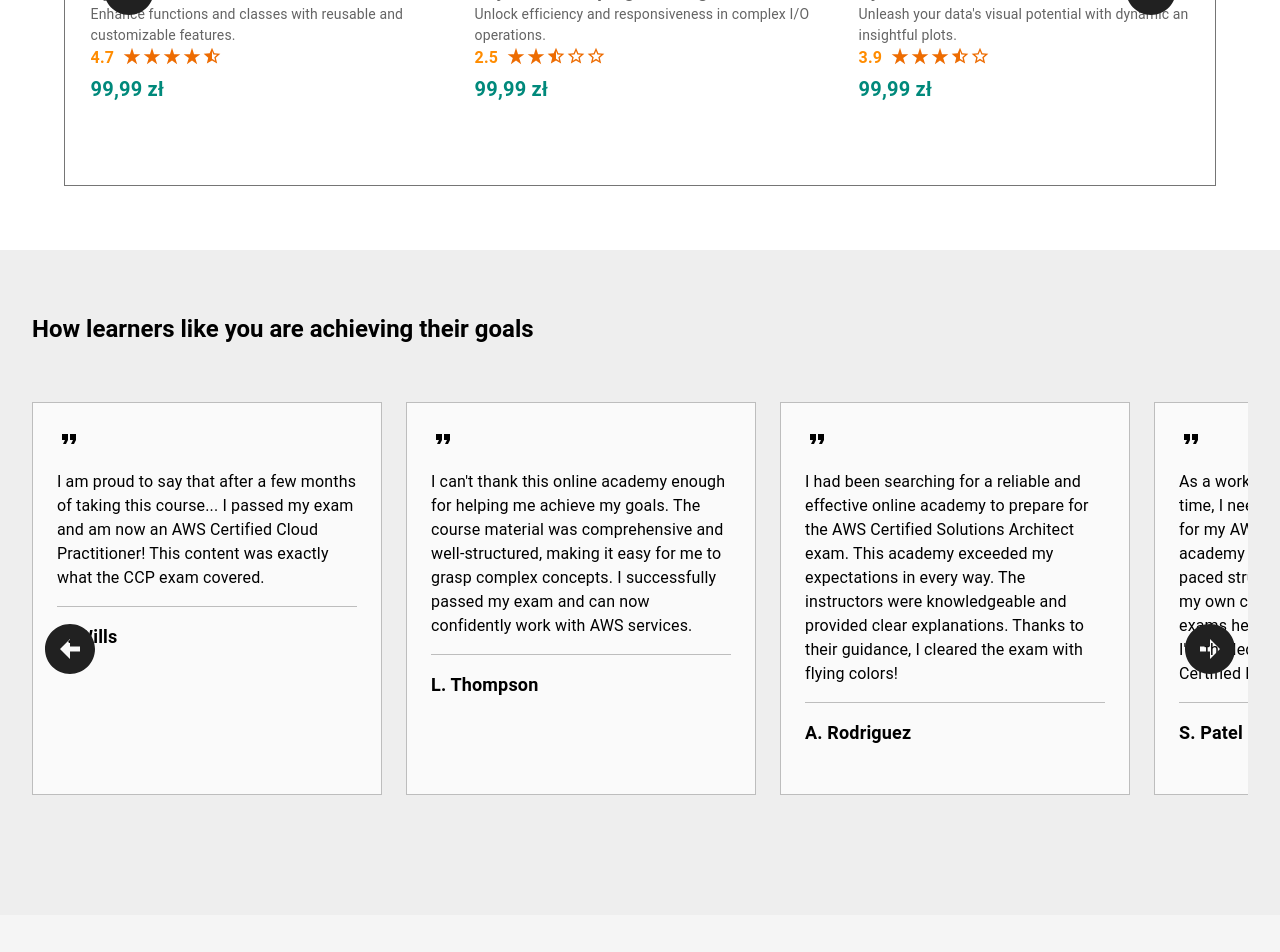
Repository: princ3-web/academy
Page: /
These files come from the project's save history. The page is drawn as it stood at one moment and after the next save; the edit follows.
The browser window is 1280 px wide. The pictures show the part of the page from y = 1263 to 2215 px (the page is 5405 px tall).
The project was rebuilt for these pictures with package versions that can differ from the ones it lists, and the page was loaded fresh each time. Also part of the build but not shown: vite.config.js, src/pages/Courses.jsx, src/pages/Business.jsx, src/pages/Teach.jsx.

Above is the page before, as saved 2023-07-12 17:25:03.

After the next save:
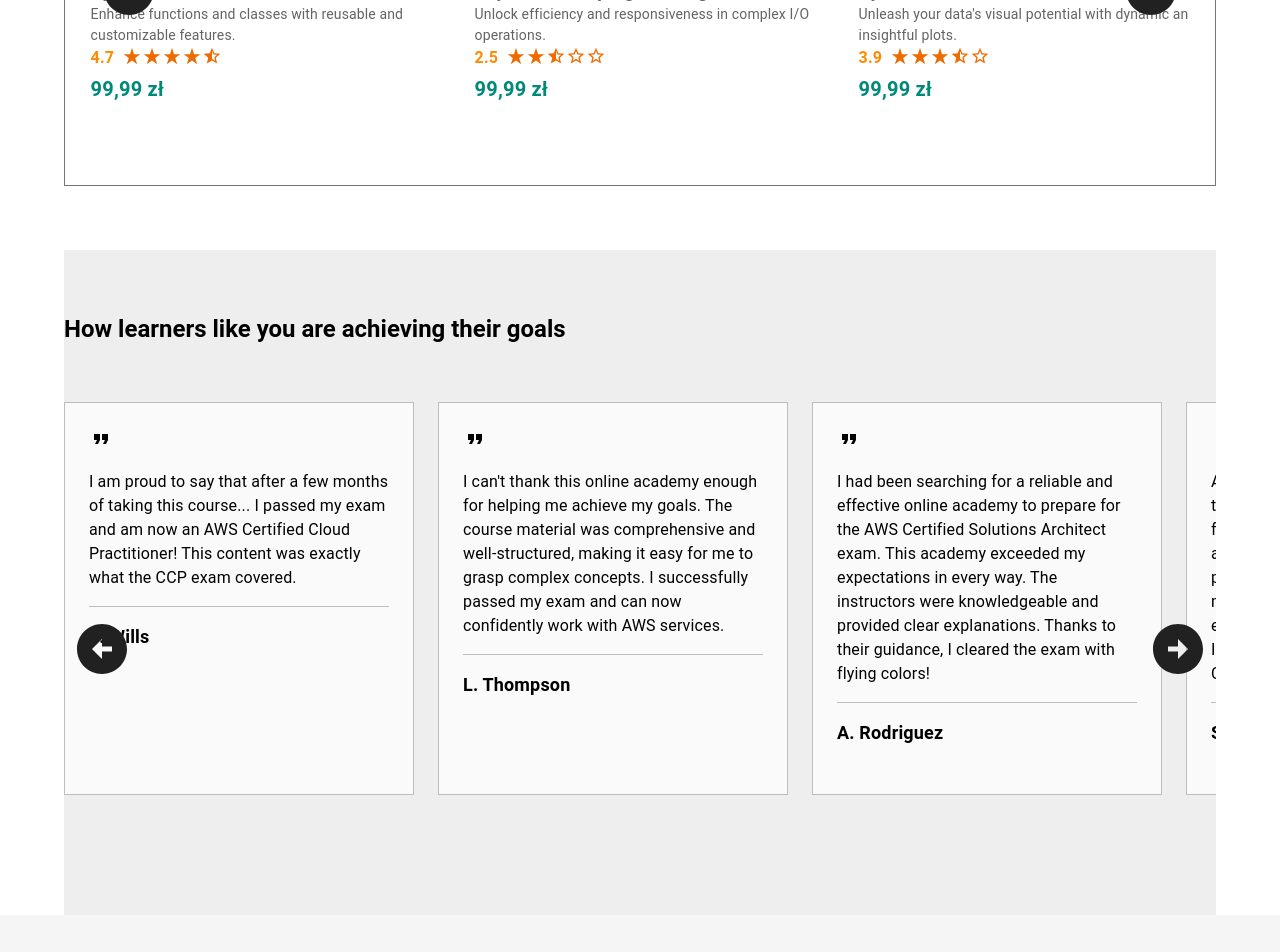
Saved 12 s later.
--- a/src/pages/Home.jsx
+++ b/src/pages/Home.jsx
@@ -68,7 +68,7 @@
           />
         </Box>
       </Box>
-      <Box px={4} py={8} sx={{ backgroundColor: grey[200] }}>
+      <Box position={"relative"} width={"90vw"} left={"5vw"} py={8} sx={{ backgroundColor: grey[200] }}>
         <Typography variant={"h5"} fontWeight={600}>
           How learners like you are achieving their goals
         </Typography>
